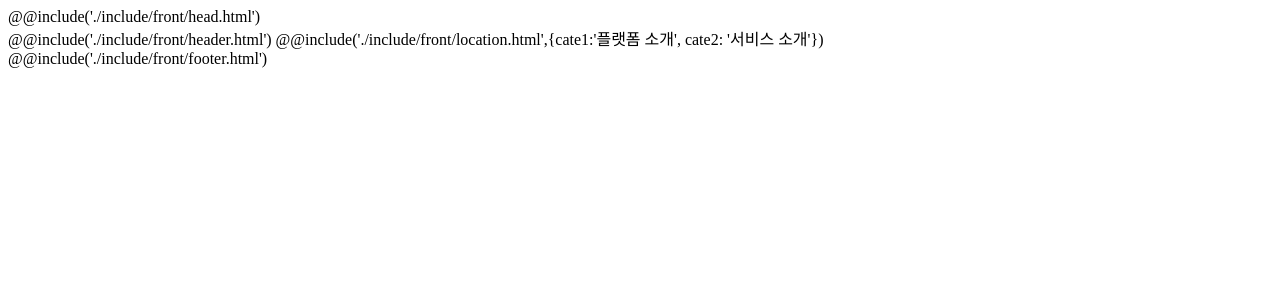
Repository: richosj/landxi
Page: workspace/html/01-01-플랫폼소개-서비스개요-플랫폼소개.html
An editor plug-in stored every save of this project. The page is shown before and after the next save, followed by the edit.
The browser window is 1280 px wide. The pictures show the whole page.

Above is the page before, as saved 2024-07-04 10:33:38.

### workspace/html/01-01-플랫폼소개-서비스개요-플랫폼소개.html
<!DOCTYPE html>
<html lang="ko">
<head>
  @@include('./include/front/head.html')
</head>
<body>
  <div class="lay-body">
    @@include('./include/front/header.html')

    @@include('./include/front/location.html',{cate1:'플랫폼 소개', cate2: '서비스 소개'})

    <!-- container -->
    <div class="lay-container">
      <!--
      <div class="cont-pfinfo">
        <div class="cont-pfinfo_text">
          <div class="lay-wrap">
            <strong>Land-XI 플랫폼 소개</strong>
            <p>
              Land-XI 플랫폼은 국토모니터링 지원 및 영상기반 관리업무의 활용 성 극대화를 위한 맞춤형 공간정보 서비스 기반마련을 위해 AI기반 드론 영상 분석 플랫폼  입니다.<br>
              포털 서비스로 플랫폼에서 제공하는 서비스에 대한 사용기술, 활용 모델 등에 대 한 소개화면을  서비스 가이드로 제공합니다.
            </p>
            <p>
              Land-XI 플랫폼은 마이 페이지를 통해 AI 학습을 위한 프로젝트를 생성하고 관리하는 기능을 제공합니다.<br>
              사용자는 프로젝트에 대한 이름, 목표, 데이터 셋 등을 입력하여 초기 설정을 하고, 이후 개인별  데이터 셋 업로드 하거나 기존 데이터 셋 또는 AI  모델을 선택하여  모델 학습 평가를 실행할 수 있는 워크 스페이스를 제공합니다.
            </p>
            <p>공간정보 컨텐츠 활용 확대를 위해 사용자가 보유한 주제도를 업로드 하여 사용자 지도를 생성하고 중첩 조회할 수 있는 기능과, 레이어, 스타일을 쉽게 관리하고 공유할 수 있도록 공간정보 컨텐츠 관리 기능을 제공합니다.</p>
          </div>
        </div>

        <div class="cont-pfinfo_gpinfo">
          <div class="lay-wrap">
            <strong>LAND-XI PLATFORM</strong>
            <ul>
              <li class="gpinfo_item1">
                <strong>AI 프로젝트 생성 관리</strong>
                <div></div>
              </li>
              <li class="gpinfo_item2">
                <strong>사용자 레이어 주제도 생성</strong>
                <div></div>
              </li>
              <li class="gpinfo_item3">
                <strong>학습 데이터 구축</strong>
                <div></div>
              </li>
            </ul>
          </div>
          <div class="cont-gpinfo_bg"></div>
          <div class="cont-gpinfo_bg2"></div>
        </div>
      </div>
      -->
    </div>
    <!--// container -->

    @@include('./include/front/footer.html')

  </div>
  <!--// lay-body -->
</body>
</html>

After the next save:
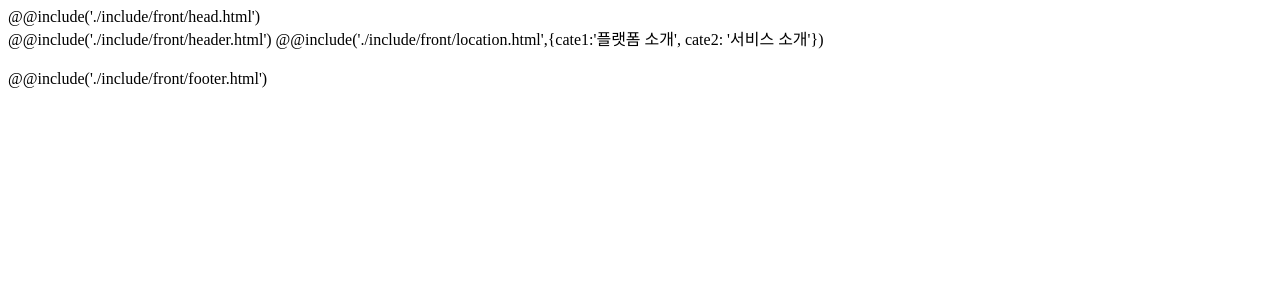
Saved 81 s later.
--- a/workspace/html/01-01-플랫폼소개-서비스개요-플랫폼소개.html
+++ b/workspace/html/01-01-플랫폼소개-서비스개요-플랫폼소개.html
@@ -11,6 +11,25 @@
 
     <!-- container -->
     <div class="lay-container">
+
+      <div class="plat__service">
+        <div class="plat__service--title">
+          <h2></h2>
+          <p></p>
+        </div>
+
+        <div class="plat__service--impact">
+
+        </div>
+
+        <div class="plat__service--logic">
+
+        </div>
+
+
+
+      </div>
+
       <!--
       <div class="cont-pfinfo">
         <div class="cont-pfinfo_text">
